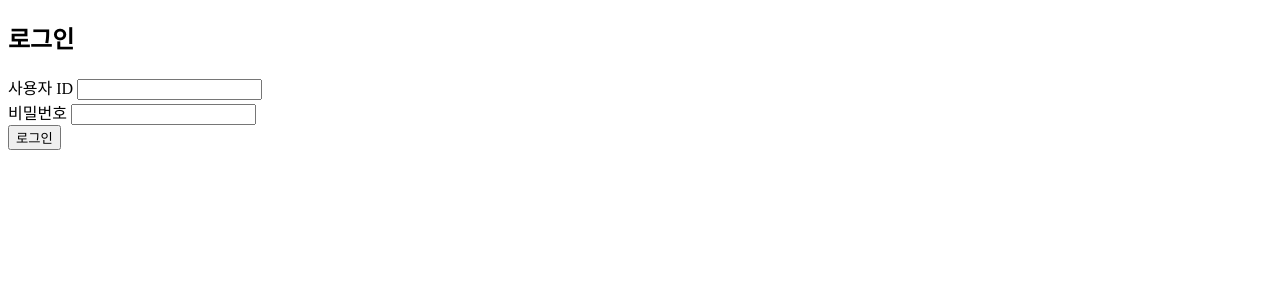
Repository: SSWU-LIKELION-13TH-BE/Django_KimGaYoon
Page: http://localhost/user/login/
These files come from the project's save history. The page is drawn as it stood at one moment and after the next save; the edit follows.
The browser window is 1280 px wide. The pictures show the whole page.
The page is served by the project's application, run on Django 5.2 (manage.py). Other server files are loaded and not shown.

Above is the page before, as saved 2025-03-31 19:22:18.

### user/templates/login.html
<!DOCTYPE html>
<html lang="ko">
<head>
    <meta charset="UTF-8">
    <title>로그인</title>
</head>
<body>
    <h2>로그인</h2>
    <form method="post">
        {% csrf_token %}
        <div>
            <label>사용자 ID</label>
            <input type="text" name="username" id="username">
        </div>
        <div>
            <label>비밀번호</label>
            <input type="text" name="password" id="password">
        </div>
        <button type="submit">로그인</button>
    </form>
</body>
</html>

### user/views.py
from django.shortcuts import render, redirect
from django.contrib.auth import login, logout, authenticate
from .forms import SignUpForm

def signup_view(request):
    if request.method == 'POST':
        form = SignUpForm(request.POST)
        if form.is_valid():
            user = form.save()
            return redirect('signup')
    else:
        form = SignUpForm()
    return render(request, 'signup.html', {'form': form})

def login_view(request):
    if request.method == 'POST':
        username = request.POST.get("username")
        password = request.POST.get("password")
        user = authenticate(request, username=username, password=password)
        if user is not None:
            login(request, user)
            return redirect("home")  # 로그인 성공 시 이동할 URL
        else:
            return render(request, "login.html", {"error": "로그인 정보가 올바르지 않습니다."})
    return render(request, "login.html")

def logout_view(request):
    if request.method == 'POST':
        logout(request)
        return redirect('login')  # 로그아웃 후 이동할 URL
    return render(request, "logout.html")

def home_view(request):
    return render(request, 'home.html')  # 로그인 성공 시 이동할 URL
def password_reset_view(request):
    if request.method == 'POST':
        email = request.POST.get("email")
        # 비밀번호 초기화 로직 추가
        return redirect('login')  # 비밀번호 초기화 후 이동할 URL
    return render(request, "password_reset.html")

# Create your views here.
#render랑 redirect의 차이

### myproject/urls.py
"""
URL configuration for myproject project.

The `urlpatterns` list routes URLs to views. For more information please see:
    https://docs.djangoproject.com/en/5.1/topics/http/urls/
Examples:
Function views
    1. Add an import:  from my_app import views
    2. Add a URL to urlpatterns:  path('', views.home, name='home')
Class-based views
    1. Add an import:  from other_app.views import Home
    2. Add a URL to urlpatterns:  path('', Home.as_view(), name='home')
Including another URLconf
    1. Import the include() function: from django.urls import include, path
    2. Add a URL to urlpatterns:  path('blog/', include('blog.urls'))
"""

from django.contrib import admin
from django.urls import path, include

urlpatterns = [
    path('user/', include('user.urls')),
]

### user/urls.py
from django.urls import path
from .views import signup_view, login_view, logout_view, home_view, password_reset_view

urlpatterns = [
    path('signup/', signup_view, name='signup'),
    path('login/', login_view, name='login'),
    path('logout/', logout_view, name='logout'),
    path('home/', home_view, name='home'),
    path('password_reset/', password_reset_view, name='password_reset'),
]

After the next save:
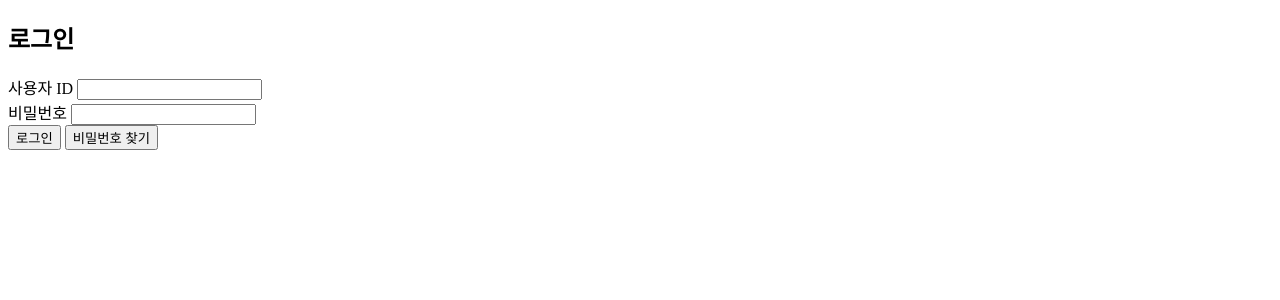
Saved 2 min 1 s later.
--- a/user/templates/login.html
+++ b/user/templates/login.html
@@ -17,6 +17,9 @@
             <input type="text" name="password" id="password">
         </div>
         <button type="submit">로그인</button>
+        <a href="{% url 'password_reset' %}">
+            <button type="button">비밀번호 찾기</button>
+        </a>
     </form>
 </body>
 </html>
